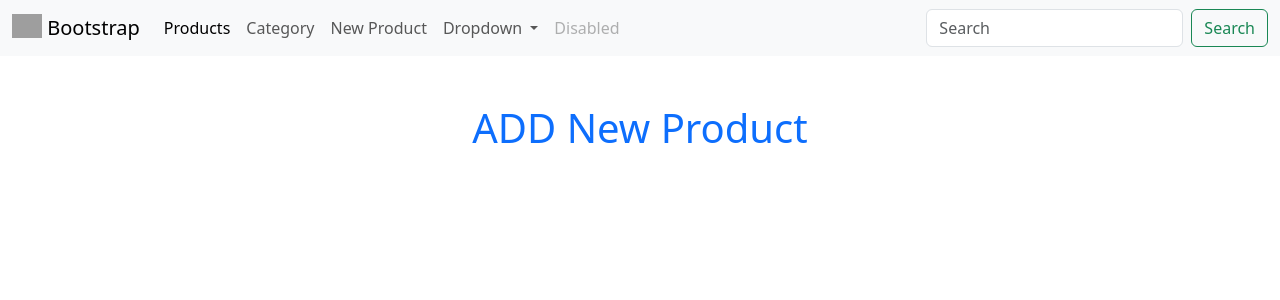
Repository: MohamedSalahdj/Dj-Simple-E-Commerce
Page: http://localhost/newproduct/
The author's editor kept a copy of each file at every save. The page is drawn from the files as they stood at one save, then again after the next save.
The browser window is 1280 px wide. The pictures show the whole page.
Pictures or frames that could not be fetched are drawn as grey boxes. The page is served by the project's application, run on Django 5.2 (manage.py). Other server files are loaded and not shown. Queries for data that is not in the repository find no rows.

Above is the page before, as saved 2024-02-23 04:20:18.

### product/templates/product/product/new_product.html
{% extends "base.html" %}

{% block content %}
    <h1 class='mt-5 text-primary text-center'>ADD New Product</h1>
    <div class='container'>


    </div>
{% endblock content %}

### templates/base.html
<!doctype html>
<html lang="en">
  <head>
    <meta charset="utf-8">
    <meta name="viewport" content="width=device-width, initial-scale=1">
    <title>Bootstrap demo</title>
    <link href="https://cdn.jsdelivr.net/npm/bootstrap@5.3.3/dist/css/bootstrap.min.css" rel="stylesheet" integrity="sha384-QWTKZyjpPEjISv5WaRU9OFeRpok6YctnYmDr5pNlyT2bRjXh0JMhjY6hW+ALEwIH" crossorigin="anonymous">
  </head>
  <body>

    <nav class="navbar navbar-expand-lg bg-body-tertiary">
        <div class="container-fluid">
            <a class="navbar-brand" href="#">
                <img src="/docs/5.3/assets/brand/bootstrap-logo.svg" alt="Logo" width="30" height="24" class="d-inline-block align-text-top">
                Bootstrap
              </a>
          <button class="navbar-toggler" type="button" data-bs-toggle="collapse" data-bs-target="#navbarSupportedContent" aria-controls="navbarSupportedContent" aria-expanded="false" aria-label="Toggle navigation">
            <span class="navbar-toggler-icon"></span>
          </button>
          <div class="collapse navbar-collapse" id="navbarSupportedContent">
            <ul class="navbar-nav me-auto mb-2 mb-lg-0">
              <li class="nav-item">
                <a class="nav-link active" aria-current="page" href="{% url 'list_products' %}">Products</a>
              </li>
              <li class="nav-item">
                <a class="nav-link" href="{% url 'list_categories' %}">Category</a>
              </li>

              <li class="nav-item">
                <a class="nav-link" href="{% url 'new_product' %}">New Product</a>
              </li>
              <li class="nav-item dropdown">
                <a class="nav-link dropdown-toggle" href="#" role="button" data-bs-toggle="dropdown" aria-expanded="false">
                  Dropdown
                </a>
                <ul class="dropdown-menu">
                  <li><a class="dropdown-item" href="#">Action</a></li>
                  <li><a class="dropdown-item" href="#">Another action</a></li>
                  <li><hr class="dropdown-divider"></li>
                  <li><a class="dropdown-item" href="#">Something else here</a></li>
                </ul>
              </li>
              <li class="nav-item">
                <a class="nav-link disabled" aria-disabled="true">Disabled</a>
              </li>
            </ul>
            <form class="d-flex" role="search">
              <input class="form-control me-2" type="search" placeholder="Search" aria-label="Search">
              <button class="btn btn-outline-success" type="submit">Search</button>
            </form>
          </div>
        </div>
      </nav>

    {% block content %}

    {% endblock content %}

    <script src="https://cdn.jsdelivr.net/npm/bootstrap@5.3.3/dist/js/bootstrap.bundle.min.js" integrity="sha384-YvpcrYf0tY3lHB60NNkmXc5s9fDVZLESaAA55NDzOxhy9GkcIdslK1eN7N6jIeHz" crossorigin="anonymous"></script>
  </body>
</html>

### product/forms.py
from django import forms
from .models import Product, Category

class ProductForm(forms.ModelForm):
    class Meta:
        model = Product
        fields = '__all__'

### product/models.py
from django.db import models

class Category(models.Model):
    name = models.CharField(max_length=80)

    def __str__(self):
        return self.name


class Product(models.Model):
    name = models.CharField(max_length=120, unique=True)
    image = models.ImageField(upload_to='product')
    category = models.ForeignKey(Category, on_delete=models.CASCADE, related_name='products_category')

    def __str__(self):
        return self.name

### product/views.py
from django.shortcuts import render
from .models import Category, Product
from .forms import ProductForm

def list_categories(request):
    categories = Category.objects.all()
    context = {'categories': categories}

    return render (request, 'product/category/list_category.html', context)


def list_products(request):
    products = Product.objects.all()

    return render(request, 'product/product/list_products.html', {'products':products})



def new_product(request):
    product_form = ProductForm()
    context = {'form' : product_form}

    return render(request, 'product/product/new_product.html', context)

### project/urls.py
"""
URL configuration for project project.

The `urlpatterns` list routes URLs to views. For more information please see:
    https://docs.djangoproject.com/en/5.0/topics/http/urls/
Examples:
Function views
    1. Add an import:  from my_app import views
    2. Add a URL to urlpatterns:  path('', views.home, name='home')
Class-based views
    1. Add an import:  from other_app.views import Home
    2. Add a URL to urlpatterns:  path('', Home.as_view(), name='home')
Including another URLconf
    1. Import the include() function: from django.urls import include, path
    2. Add a URL to urlpatterns:  path('blog/', include('blog.urls'))
"""
from django.contrib import admin
from django.urls import path, include
from django.conf import settings
from django.conf.urls.static import static


urlpatterns = [
    path('admin/', admin.site.urls),
    path('', include('product.urls'))
]

urlpatterns += static(settings.STATIC_URL, document_root=settings.STATIC_ROOT)
urlpatterns += static(settings.MEDIA_URL, document_root=settings.MEDIA_ROOT)

### product/urls.py
from django.urls import path
from .views import list_products, list_categories, new_product

urlpatterns = [
    path('', list_products, name='list_products'),
    path('category', list_categories, name='list_categories'),
    path('newproduct/', new_product, name='new_product')
]

After the next save:
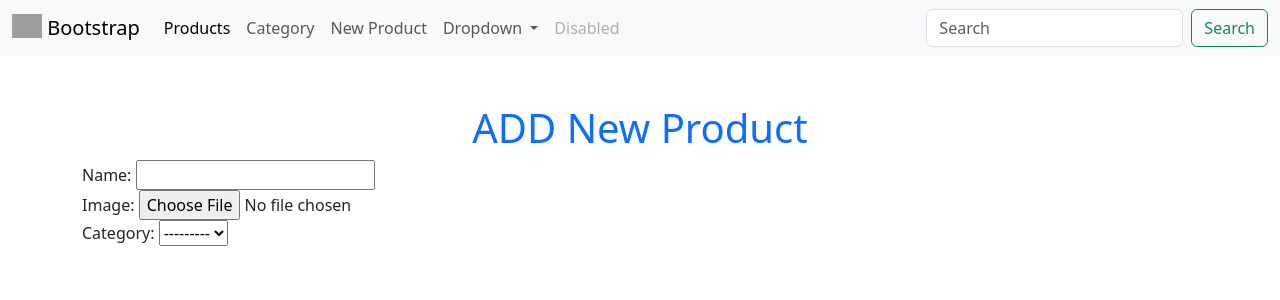
Saved 10 s later.
--- a/product/templates/product/product/new_product.html
+++ b/product/templates/product/product/new_product.html
@@ -3,7 +3,7 @@
 {% block content %}
     <h1 class='mt-5 text-primary text-center'>ADD New Product</h1>
     <div class='container'>
-
+        {{form}}
 
     </div>
 {% endblock content %}
